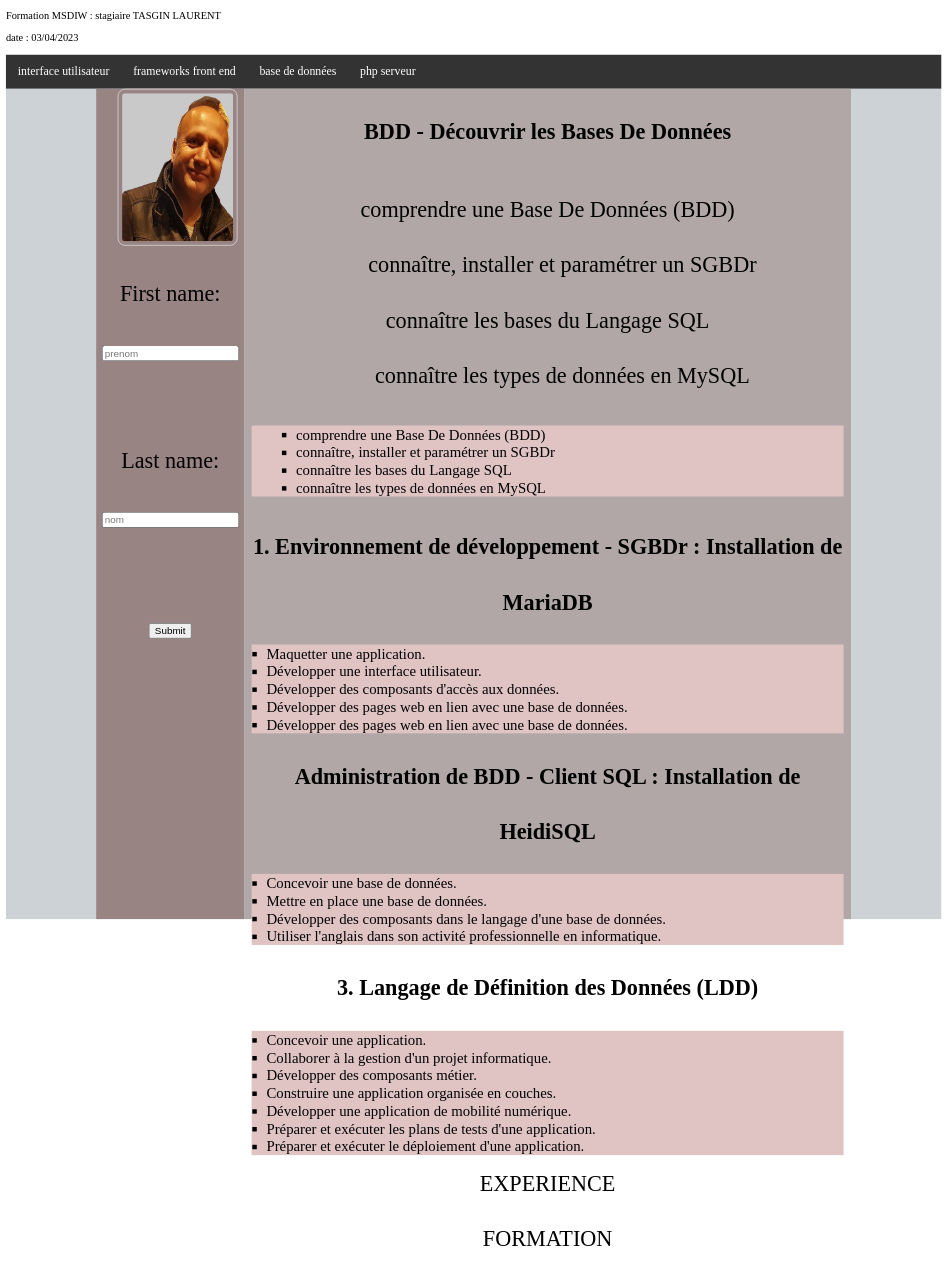
Repository: laurentbul/ApplicationEssai
Page: exercice/ex1/stagiaire_laurent/BACK/BDD/SQL/bdd1_alimenter.html
These files come from the project's save history. The page is drawn as it stood at one moment and after the next save; the edit follows.
The browser window is 1280 px wide. The pictures show the whole page, at 74% of full size.

Above is the page before, as saved 2023-04-06 06:09:51.

### exercice/ex1/stagiaire_laurent/BACK/BDD/SQL/bdd1_alimenter.html
<!DOCTYPE html>
<html lang="en">

<head>
  <meta charset="UTF-8">
  <meta http-equiv="X-UA-Compatible" content="IE=edge">
  <meta name="viewport" content="width=device-width, initial-scale=1.0">
  <link rel="icon" type="image/x-icon" sizes="30x30" href="../IMG/img.jpeg">
  <link rel="stylesheet" href="/FRONT/STATIQUE/CSS/msdiw.css">
  <title>Document</title>
  <style>
  </style>
</head>
</head>

<body>
  <p>Formation MSDIW : stagiaire TASGIN LAURENT</p>
  <p>date : 03/04/2023</p>
  <ul>
    <li><a href="./interface_utilisateur.html">interface utilisateur</a></li>
    <li><a href="./interface_utilisateur.html">frameworks front end</a></li>
    <li><a href="./interface_utilisateur.html">base de données</a></li>
    <li><a href="./interface_utilisateur.html">php serveur</a></li>
  </ul>
  <!-- <div>
        <input type="color" id="head" name="head" value="blue">
        <label for="head">Head</label>
    </div> -->
  <div class="flex-container">
    <div class="div_gauche">
      <img src="../IMG/img.jpeg" alt="photo d'identité" width="200" height="200">
      <form action="/action_page.php">
        <label for="fname">First name:</label>
        <input type="text" id="fname" name="fname" placeholder="prenom"><br><br>
        <label for="lname">Last name:</label>
        <input type="text" id="lname" name="lname" placeholder="nom"><br><br>
        <input type="submit" value="Submit">
      </form>
    </div>
    <div class="div_droite">
      <div>

        <h1>BDD - Découvrir les Bases De Données</h1>

        <dl>
            <dt>comprendre une Base De Données (BDD)</dt>
            <dd>connaître, installer et paramétrer un SGBDr</dd>
            <dt>connaître les bases du Langage  SQL</dt>
            <dd>connaître les types de données  en MySQL</dd>
        </dl>

        <ol class="paragraphe">
            <li class="competence" >comprendre une Base De Données (BDD)</li>
            <li class="competence" >connaître, installer et paramétrer un SGBDr</li>
            <li class="competence" >connaître les bases du Langage  SQL</li>
            <li class="competence" >connaître les types de données  en MySQL</li>
        </ol>



        <h1 class="titre">1. Environnement de développement - SGBDr : Installation de MariaDB</h1>
        <ul class="paragraphe" >
          <li class="competence"> Maquetter une application.</li>
          <li class="competence"> Développer une interface utilisateur.</li>
          <li class="competence"> Développer des composants d'accès aux données.</li>
          <li class="competence"> Développer des pages web en lien avec une base de données.</li>
          <li class="competence"> Développer des pages web en lien avec une base de données.</li>
        </ul>
        <h1 class="titre">Administration de BDD - Client SQL : Installation de HeidiSQL</h1>
        <ul class="paragraphe" >
          <li class="competence">Concevoir une base de données.</li>
          <li class="competence">Mettre en place une base de données.</li>
          <li class="competence">Développer des composants dans le langage d'une base de données.</li>
          <li class="competence"> Utiliser l'anglais dans son activité professionnelle en informatique.</li>
        </ul>
        <h1 class="titre">3. Langage de Définition des Données (LDD)</h1>
        <ul class="paragraphe">
          <li class="competence"> Concevoir une application.</li>
          <li class="competence"> Collaborer à la gestion d'un projet informatique.</li>
          <li class="competence"> Développer des composants métier.</li>
          <li class="competence"> Construire une application organisée en couches.</li>
          <li class="competence"> Développer une application de mobilité numérique.</li>
          <li class="competence"> Préparer et exécuter les plans de tests d'une application.</li>
          <li class="competence"> Préparer et exécuter le déploiement d'une application.</li>
        </ul>
      </div>
      <div>EXPERIENCE</div>
      <div>FORMATION</div>
    </div>
</body>

</html>

### exercice/ex1/stagiaire_laurent/FRONT/STATIQUE/CSS/msdiw.css
.corps{
    background-color: rgb(201, 149, 71);
    width:900px;
    border: 1px;
  margin-top: 10px;
  margin-left: auto;
  margin-right: auto;
  padding:50px;
}
.paragraphe{
    background-color: #e0c4c4;
    line-height:80%;
    list-style-type:square;
}
.competence{
    font-size: 20px;
    margin-left: 20px;
    float:none;
    text-align:left;
}


h1 {
    font-size: 30px;
  }

  h2 {
    font-size: 30px;
  }

  p {
    font-size: 14px;
  }

.flex-container {
    display: flex;
    flex-direction: row;
    background-color: rgb(205, 210, 214);
  }

  .flex-container > div {

    text-align: center;
    line-height: 75px;
    font-size: 30px;
  }

  .div_gauche{
    background-color: #998484;
    width: 200px;
    margin-left: auto;
    height: 1122px; ;
  }
  .div_droite{
    background-color: #b1a7a7;
    width: 800px;
    height: 1122px;
    margin-right: auto;
    padding-left: 10px;
    padding-right: 10px;
  }

ul {
    list-style-type: none;
    margin: 0;
    padding: 0;
    overflow: hidden;
    background-color: #333;
}

li {
    float: left;
}

li a {
    display: block;
    color: white;
    text-align: center;
    padding: 14px 16px;
    text-decoration: none;
}

li a:hover {
    background-color: #111;
}

.meta{
    /* background-color: rgb(168, 161, 166); */
    width: 900px;
}
.title{
    /* background-color: rgb(221, 219, 214); */
    width: 600px;
}
.utf8{
    /* background-color: rgb(198, 204, 207); */
    width: 600px;
}
.image{
    /* background-color: rgb(198, 204, 207); */
    width: 600px;
}
.css{
    /* background-color: rgb(198, 204, 207); */
    width: 600px;
}
img {
    border: 1px solid #ddd;
    border-radius: 10px;
    padding: 5px;
    width: 150px;
    margin-left: 20px;

  }

After the next save:
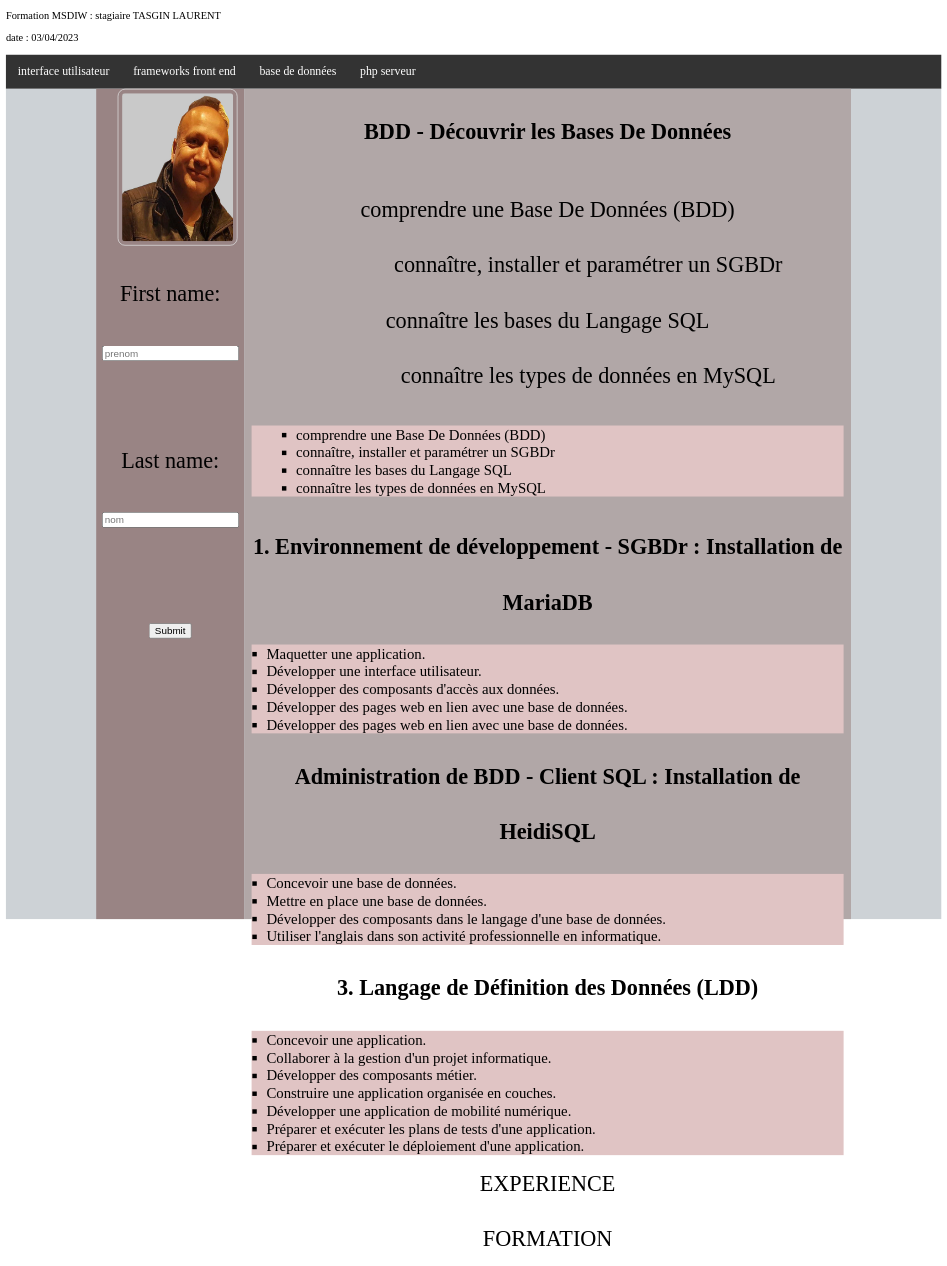
Saved 76 s later.
--- a/exercice/ex1/stagiaire_laurent/FRONT/STATIQUE/CSS/msdiw.css
+++ b/exercice/ex1/stagiaire_laurent/FRONT/STATIQUE/CSS/msdiw.css
@@ -19,7 +19,10 @@
     text-align:left;
 }
 
-
+dd {
+  display: block;
+  margin-left: 110px;
+}
 h1 {
     font-size: 30px;
   }
